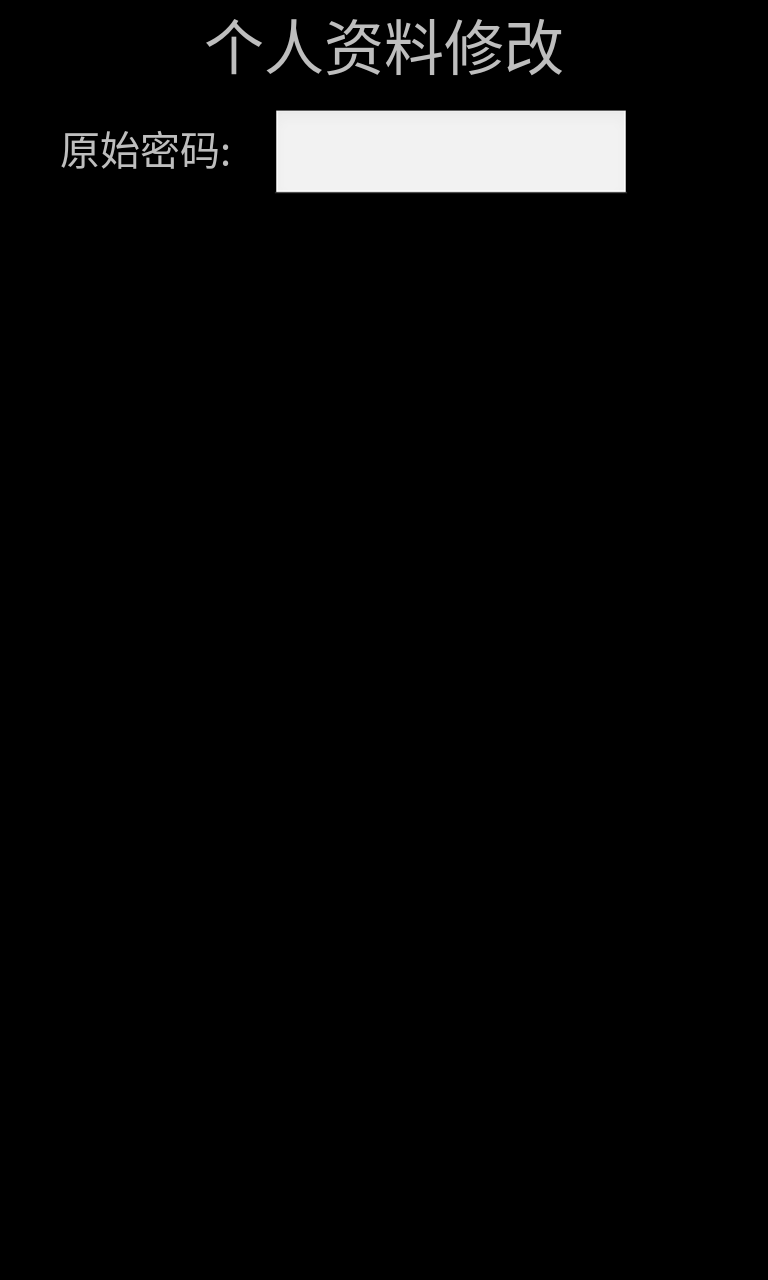
Repository: jcyfkimi/Android-TaoTao
Layout: TaoTao/res/layout/manageuserinfo.xml
These files come from the project's save history. The layout is drawn as it stood at one moment and after a run of saves; the edit follows.
It is drawn on a 768 x 1280 px phone screen (xhdpi) without system bars, with theme android:Theme; the app's code is not run.

Above is the layout before, as saved 2011-09-16 05:57:56.

After the next 2 saves:
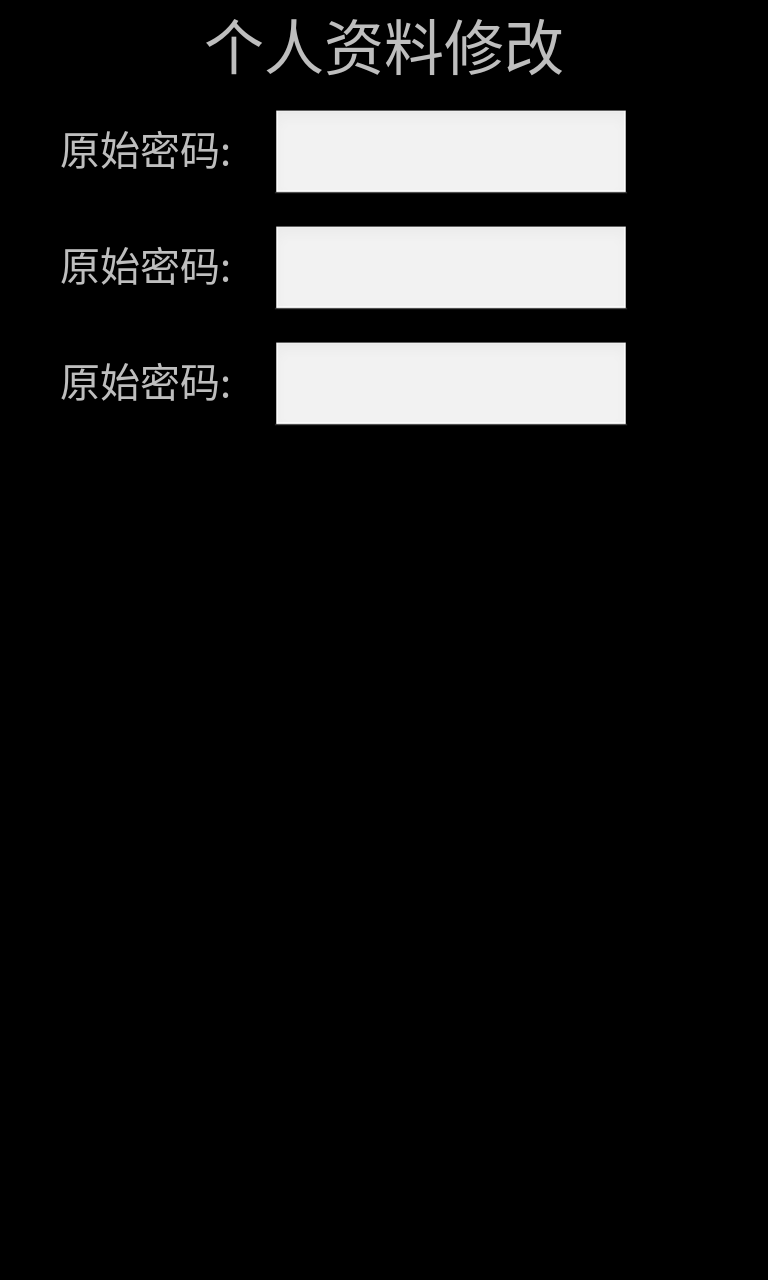
The 2 saves are shown as one change because they came seconds apart.
The last was saved 15 s later.
--- a/TaoTao/res/layout/manageuserinfo.xml
+++ b/TaoTao/res/layout/manageuserinfo.xml
@@ -28,4 +28,38 @@
 	  	android:layout_marginLeft="20dip"
 	  	android:layout_marginTop="10dip"/>
 	  </LinearLayout>
+	  <LinearLayout
+	  xmlns:android="http://schemas.android.com/apk/res/android"
+	  android:orientation="horizontal"
+	  android:layout_width="wrap_content"
+	  android:layout_height="wrap_content">
+	  <TextView android:layout_width="wrap_content"
+	  	android:layout_height="wrap_content"
+	  	android:layout_marginLeft="30dip"
+	  	android:layout_marginTop="10dip"
+	  	android:text="@string/manageinfopass"
+	  	android:textSize="20dip"/>
+	  <EditText android:id="@+id/origpass"
+	  	android:layout_width="180dip"
+	  	android:layout_height="wrap_content"
+	  	android:layout_marginLeft="20dip"
+	  	android:layout_marginTop="10dip"/>
+	  </LinearLayout>
+	  <LinearLayout
+	  xmlns:android="http://schemas.android.com/apk/res/android"
+	  android:orientation="horizontal"
+	  android:layout_width="wrap_content"
+	  android:layout_height="wrap_content">
+	  <TextView android:layout_width="wrap_content"
+	  	android:layout_height="wrap_content"
+	  	android:layout_marginLeft="30dip"
+	  	android:layout_marginTop="10dip"
+	  	android:text="@string/manageinfopass"
+	  	android:textSize="20dip"/>
+	  <EditText android:id="@+id/origpass"
+	  	android:layout_width="180dip"
+	  	android:layout_height="wrap_content"
+	  	android:layout_marginLeft="20dip"
+	  	android:layout_marginTop="10dip"/>
+	  </LinearLayout>
 </LinearLayout>
